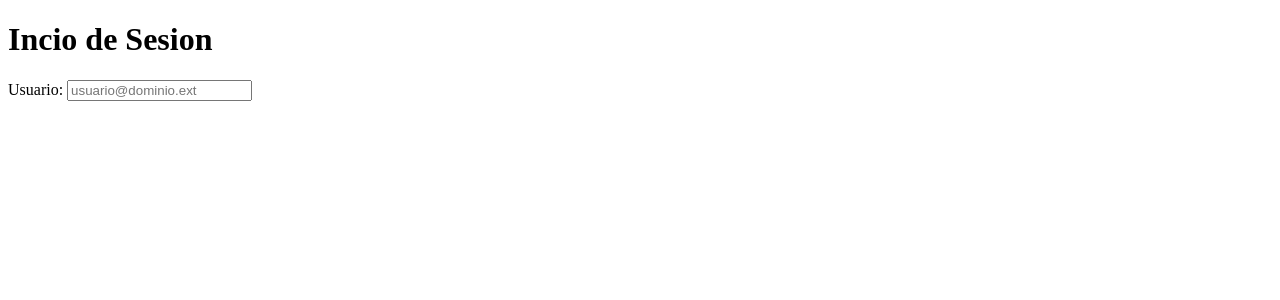
Repository: elcharlybeto/Java-WEB-API-55961
Page: http://localhost/Sesiones/formulario.jsp
The author's editor kept a copy of each file at every save. The page is drawn from the files as they stood at one save, then again after the next save.
The browser window is 1280 px wide. The pictures show the whole page.
The page is served by Tomcat 9.

Above is the page before, as saved 2022-01-20 23:15:39.

After the next save:
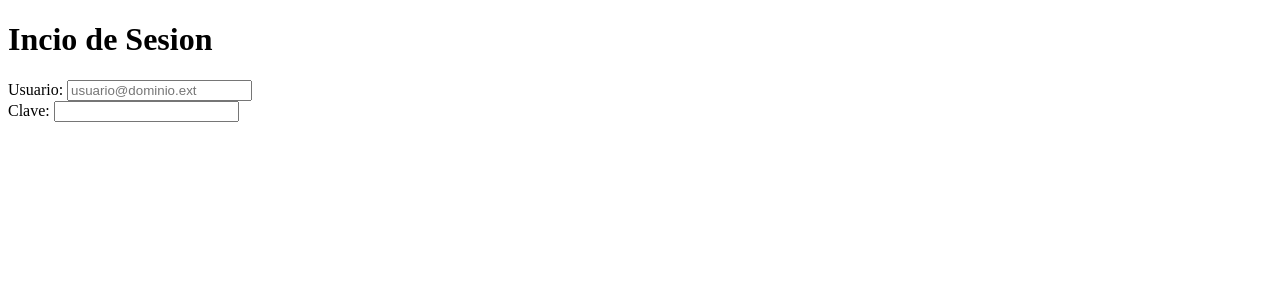
Saved 43 s later.
--- a/Sesiones/src/main/webapp/formulario.jsp
+++ b/Sesiones/src/main/webapp/formulario.jsp
@@ -14,6 +14,10 @@
 			<label for="correo" >Usuario:</label> <input type="email" id="correo" name="correo"
 				placeholder="usuario@dominio.ext" required />
 		</div>
+		<div>
+			<label for="clave">Clave:</label>
+			<input type="text"/>
+		</div>
 
 
 	</form>
